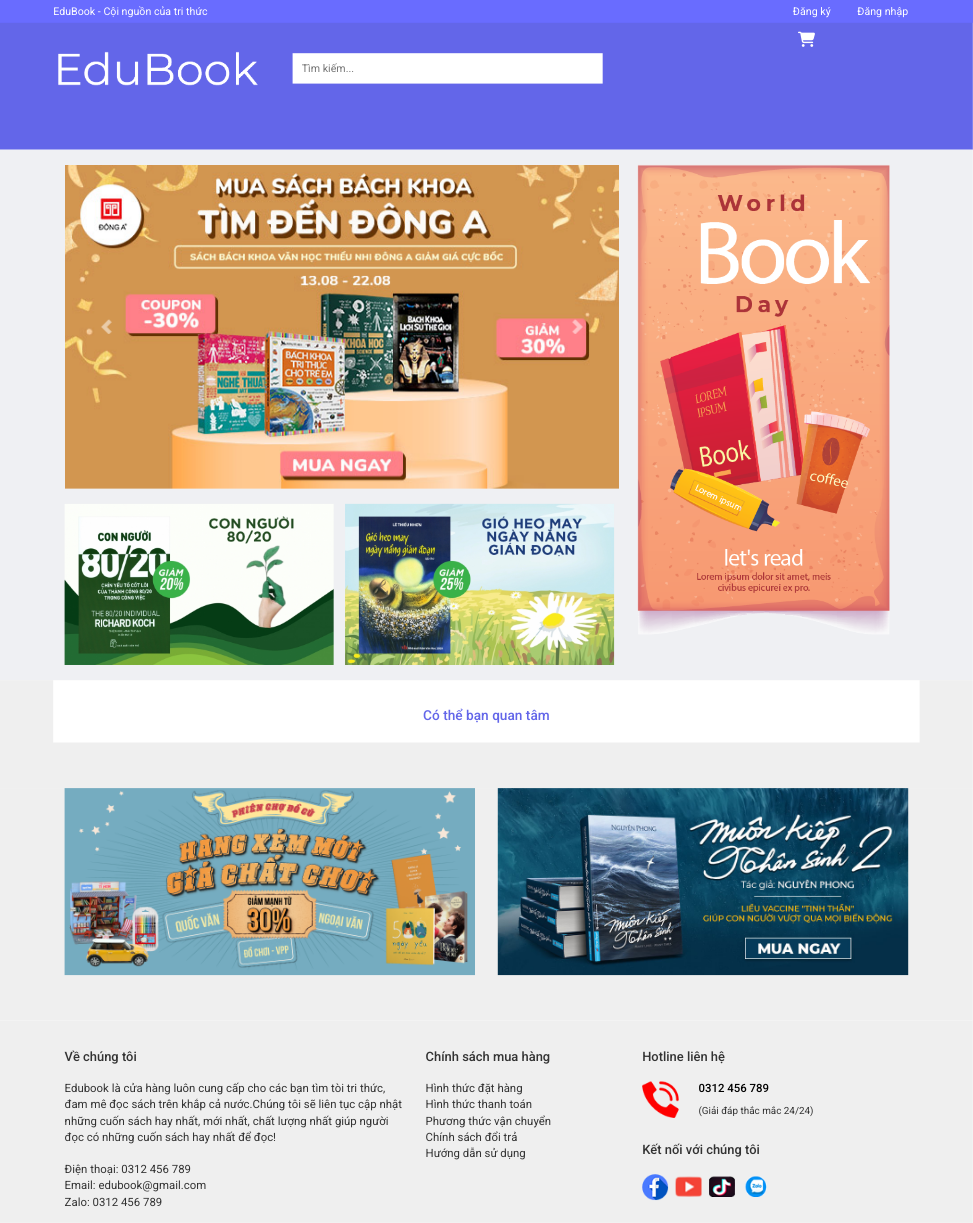
Repository: ThieuDV091002/BookShop
Page: http://localhost/index
An editor plug-in stored every save of this project. The page is shown before and after the next save, followed by the edit.
The browser window is 1280 px wide. The pictures show the whole page, at 76% of full size.
Some web fonts or font styles are not loaded; a fallback is used. The page is this project's Thymeleaf template; nobody is signed in. The template is opened directly, without the code that normally fills it, so the values that code supplies are empty.

Above is the page before, as saved 2023-07-19 03:16:08.
Console error: TypeError: $(...).rating is not a function

After the next save:
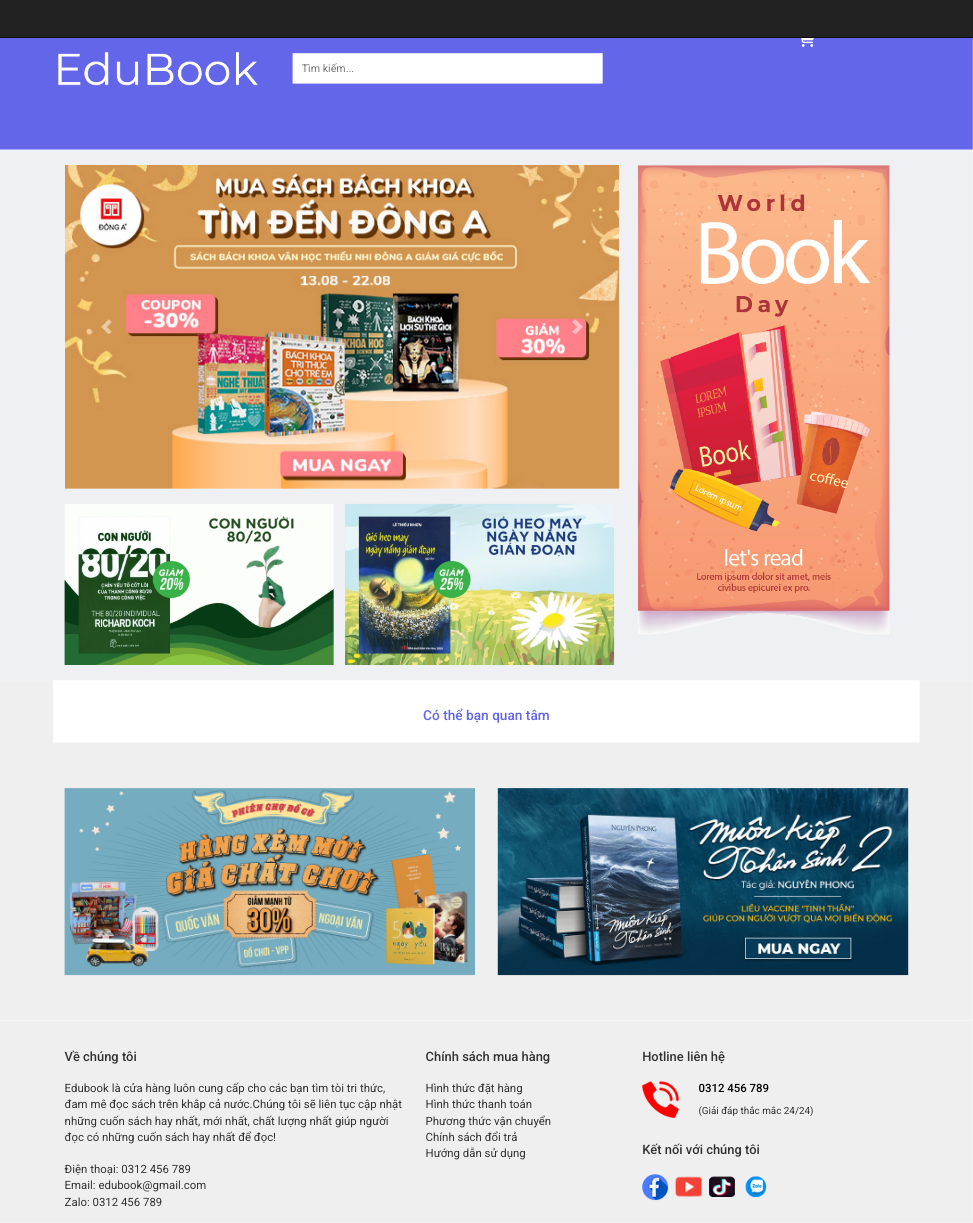
Saved 71 s later.
--- a/EduBookProject/EduBookWebparent/EduBookFrontEnd/src/main/resources/templates/index.html
+++ b/EduBookProject/EduBookWebparent/EduBookFrontEnd/src/main/resources/templates/index.html
@@ -44,9 +44,41 @@
                                 </li>
                             </ul>
                         </nav>
+                        <nav class="navbar navbar-inverse navbar-fixed-top" role="navigation">
+							<div class="container-fluid">
+								<div class="navbar-header">
+									<ul class="user-menu" sec:authorize="isAuthenticated()">
+										<li class="dropdown pull-right">
+											<a href="" class="dropdown-toggle" data-toggle="dropdown" sec:authentication="principal.hoten"><svg class="glyph stroked male-user"><use xlink:href="#stroked-male-user"></use></svg><span class="caret"></span></a>
+											<ul class="dropdown-menu" role="menu">
+												<li>
+					                                <a th:href="@{/customer-update}">Thông tin tài khoản</a>
+					                            </li>
+					                            <li>
+					                                <a th:href="@{/order}">Đơn hàng</a>
+					                            </li>
+					                            <li>
+					                                <a th:href="@{/review}">Đánh giá</a>
+					                            </li>
+					                            <li>
+					                                <a th:href="@{/request}">Khiếu nại</a>
+					                            </li>
+					                            <li>
+					                                <a th:href="@{/address_book}">Địa chỉ</a>
+					                            </li>
+					                            <li>
+					                                <a id="logoutLink" href="">Đăng xuất</a>
+					                            </li>
+											</ul>
+										</li>
+									</ul>
+								</div>
+							</div>
+						</nav>
                     </section>
                 </div>
             </div>
+
 
             <div class="header__bottom">
                 <div class="container">

After the save that followed:
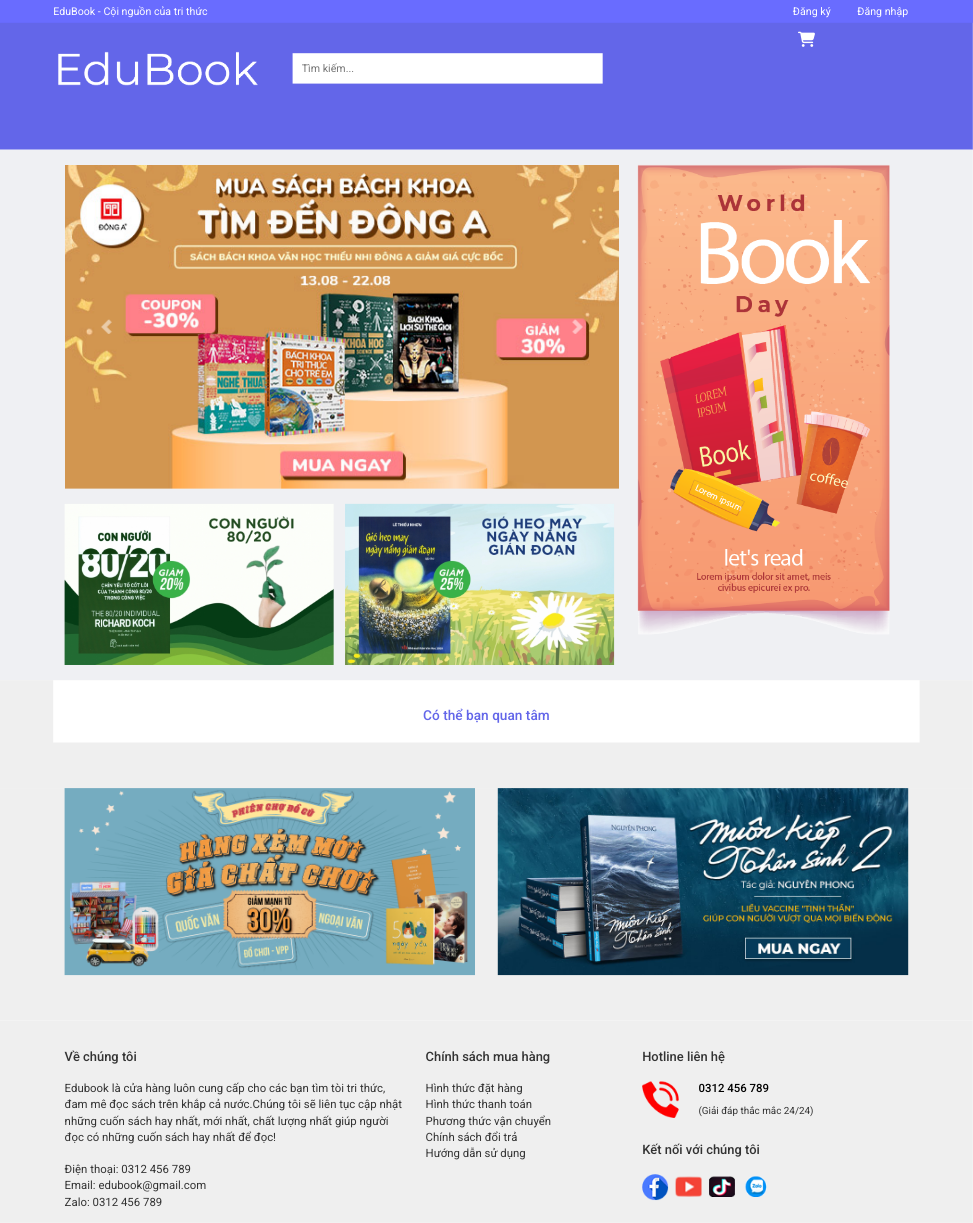
Saved 17 s later.
--- a/EduBookProject/EduBookWebparent/EduBookFrontEnd/src/main/resources/templates/index.html
+++ b/EduBookProject/EduBookWebparent/EduBookFrontEnd/src/main/resources/templates/index.html
@@ -44,10 +44,10 @@
                                 </li>
                             </ul>
                         </nav>
-                        <nav class="navbar navbar-inverse navbar-fixed-top" role="navigation">
+                        <nav class="navbar navbar-inverse navbar-fixed-top" role="navigation" sec:authorize="isAuthenticated()">
 							<div class="container-fluid">
 								<div class="navbar-header">
-									<ul class="user-menu" sec:authorize="isAuthenticated()">
+									<ul class="user-menu">
 										<li class="dropdown pull-right">
 											<a href="" class="dropdown-toggle" data-toggle="dropdown" sec:authentication="principal.hoten"><svg class="glyph stroked male-user"><use xlink:href="#stroked-male-user"></use></svg><span class="caret"></span></a>
 											<ul class="dropdown-menu" role="menu">
